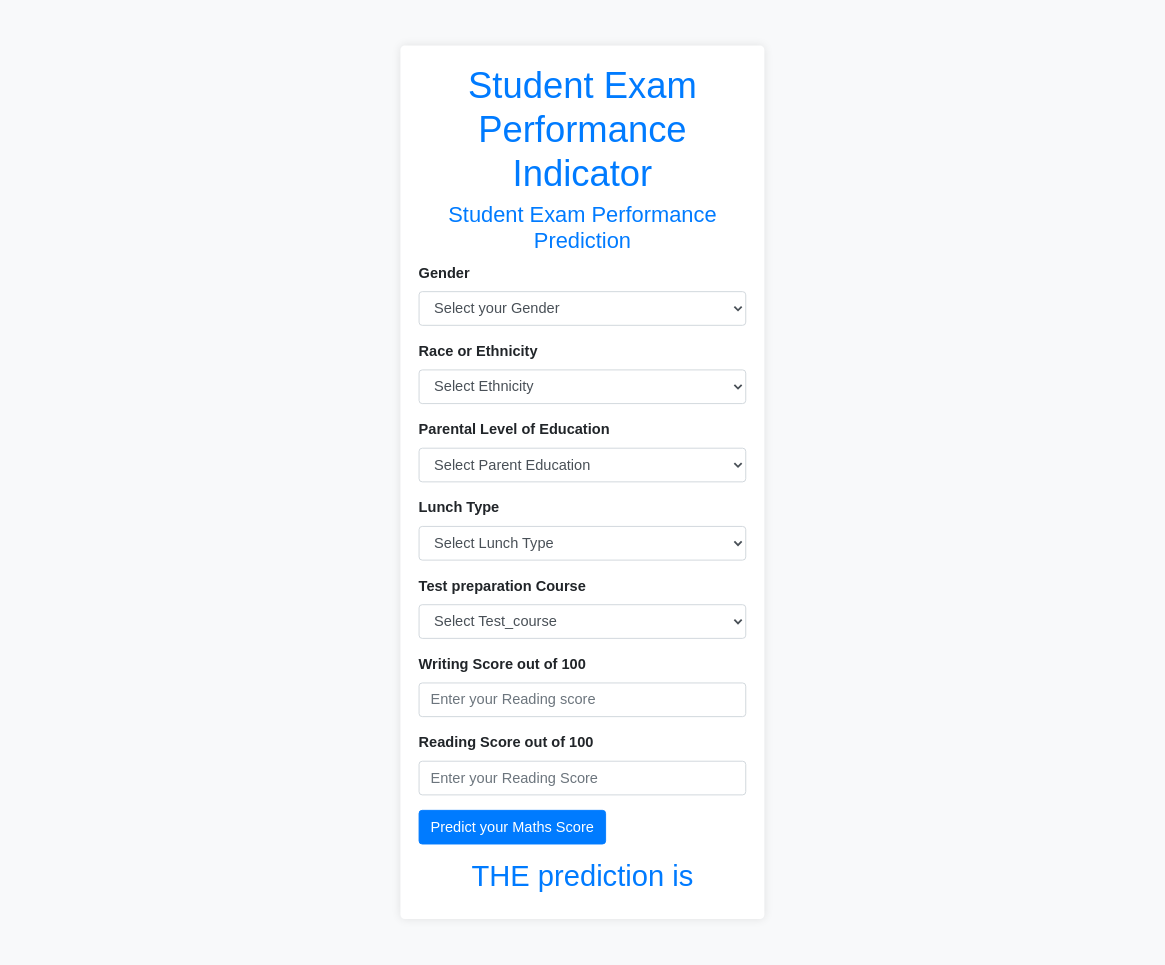
Repository: shaily29-eng/Performance-Indicator-ML
Page: http://localhost/predictdata
An editor plug-in stored every save of this project. The page is shown before and after the next save, followed by the edit.
The browser window is 1280 px wide. The pictures show the whole page, at 91% of full size.
The page is served by the project's application, run on Flask 3 (app.py).

Above is the page before, as saved 2023-12-01 02:17:22.

After the next save:
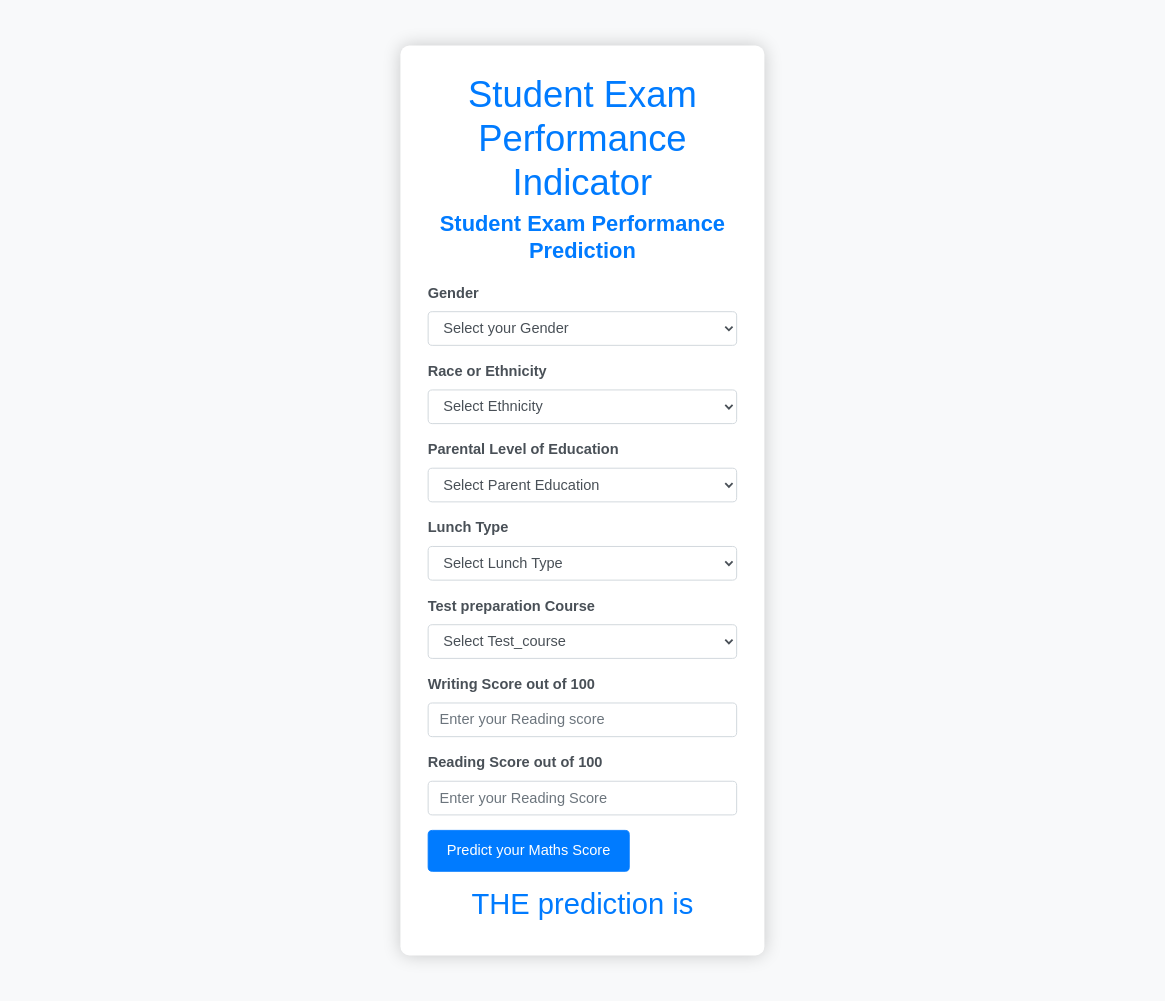
Saved 75 s later.
--- a/templates/styles.css
+++ b/templates/styles.css
@@ -9,22 +9,32 @@ body {
     max-width: 400px;
     margin: 50px auto;
     background-color: #fff;
-    padding: 20px;
-    border-radius: 5px;
-    box-shadow: 0 0 10px rgba(0, 0, 0, 0.1);
+    padding: 30px;
+    border-radius: 10px;
+    box-shadow: 0 0 20px rgba(0, 0, 0, 0.2);
 }
 
 .form-group {
-    margin-bottom: 20px;
+    margin-bottom: 25px;
 }
 
 label {
     font-weight: bold;
+    color: #495057;
+}
+
+.form-control {
+    border: 1px solid #ced4da;
+    border-radius: 5px;
 }
 
 .btn-primary {
     background-color: #007bff;
     border-color: #007bff;
+    padding: 10px 20px;
+    font-size: 16px;
+    border-radius: 5px;
+    transition: background-color 0.3s ease, border-color 0.3s ease;
 }
 
 .btn-primary:hover {
@@ -36,3 +46,28 @@ h1, h2 {
     text-align: center;
     color: #007bff;
 }
+
+legend {
+    font-size: 24px;
+    font-weight: bold;
+    color: #007bff;
+    margin-bottom: 20px;
+}
+
+/* Additional Styling for Prediction Result */
+.result-container {
+    margin-top: 30px;
+    text-align: center;
+}
+
+.result-label {
+    font-size: 18px;
+    font-weight: bold;
+    color: #28a745;
+}
+
+.result-value {
+    font-size: 24px;
+    color: #333;
+    margin-top: 10px;
+}
